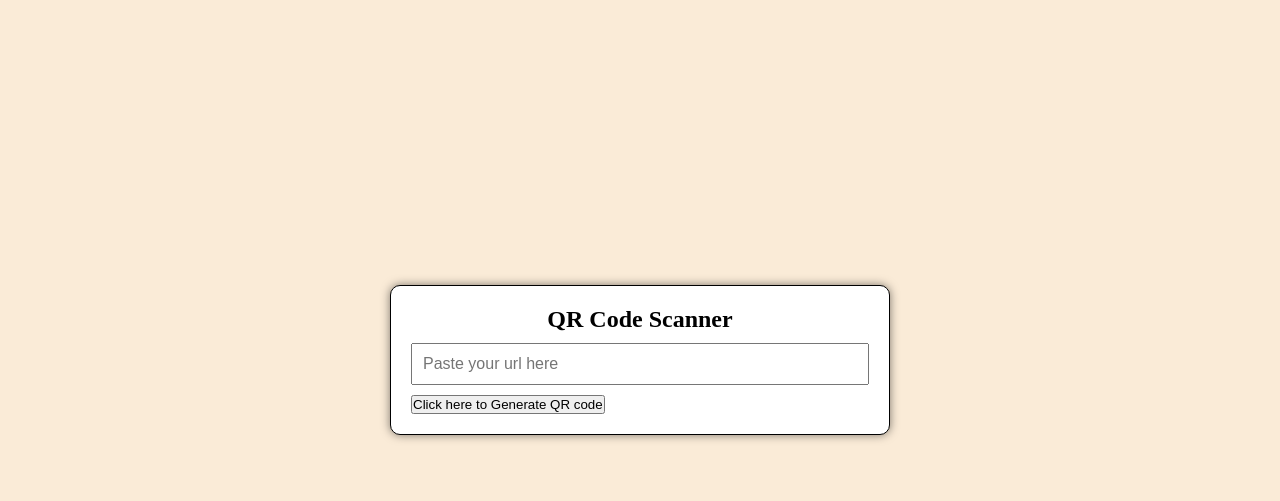
Repository: JunaidAnsari202/QR-Scanner
Page: index.html
These files come from the project's save history. The page is drawn as it stood at one moment and after a run of saves; the edit follows.
The browser window is 1280 px wide. The pictures show the whole page.

Above is the page before, as saved 2024-10-12 12:23:18.

### index.html
<!DOCTYPE html>
<html lang="en">
<head>
    <meta charset="UTF-8">
    <meta name="viewport" content="width=device-width, initial-scale=1.0">
    <title>Document</title><link rel="stylesheet" href="style.css">
</head>
<body>
    <div class="qr-container">
        <h2>QR Code Scanner</h2>
        <input type="text" id="qr-input" placeholder="Paste your url here">
        <button id="qr-button">Click here to Generate QR code</button>
        <img src="" alt="" id="qr-img">
    </div>
</body>
<script src="scripit.js"></script>
</html>

### style.css
*{
    padding: 0;
    margin: 0;
    box-sizing: border-box;
}

body{
    background-color: antiquewhite;
    display: flex;
    justify-content: center;
    align-items: center;
    height: 100vh;
}

.qr-container{
    border: 1px solid black;
    border-radius: 10px;
    padding: 20px;
    width: 500px;
    box-shadow: 0 0 10px 0 rgba(0,0,0,0.5 );
    background-color: white;
}

h2{
    text-align: center;
    margin-bottom: 10px;
}

#qr-input{
    display: block;
    margin-bottom: 10px;
    width: 100%;
    font-size: 16px;
    padding: 10px;
}

#qr-button{

}

Loaded but not shown: scripit.js (no copy from this time; the picture is the same without it)

After the next 28 saves:
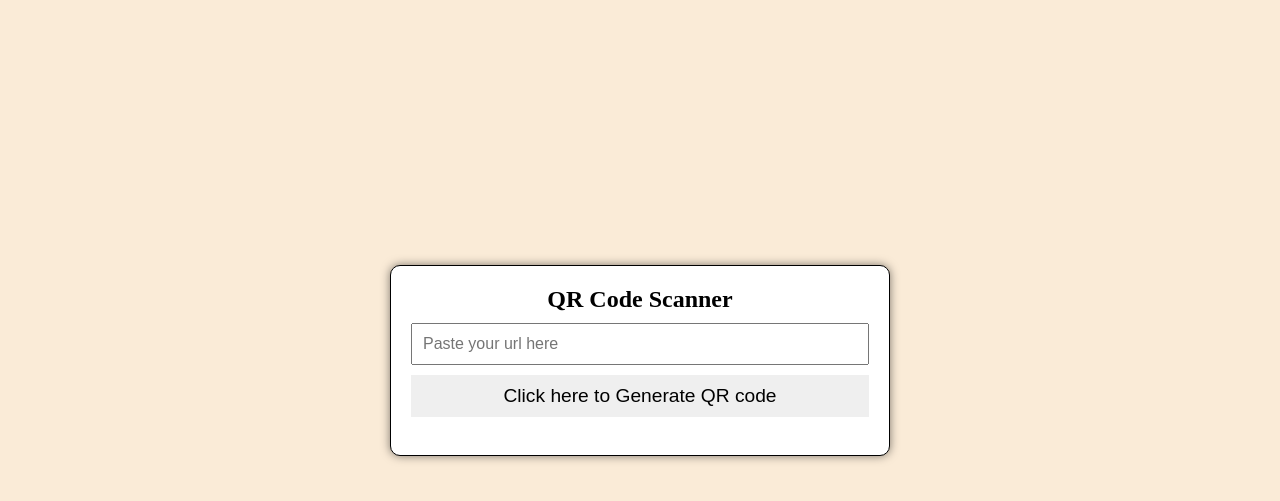
The 28 saves are shown as one change because they came seconds apart.
The last was saved 2 min 3 s later.
--- a/style.css
+++ b/style.css
@@ -35,5 +35,9 @@ h2{
 }
 
 #qr-button{
-
+    width: 100%;
+    padding: 10px;
+    font-size: 1.2rem;
+    border: none;
+    background-color: ;
 }
